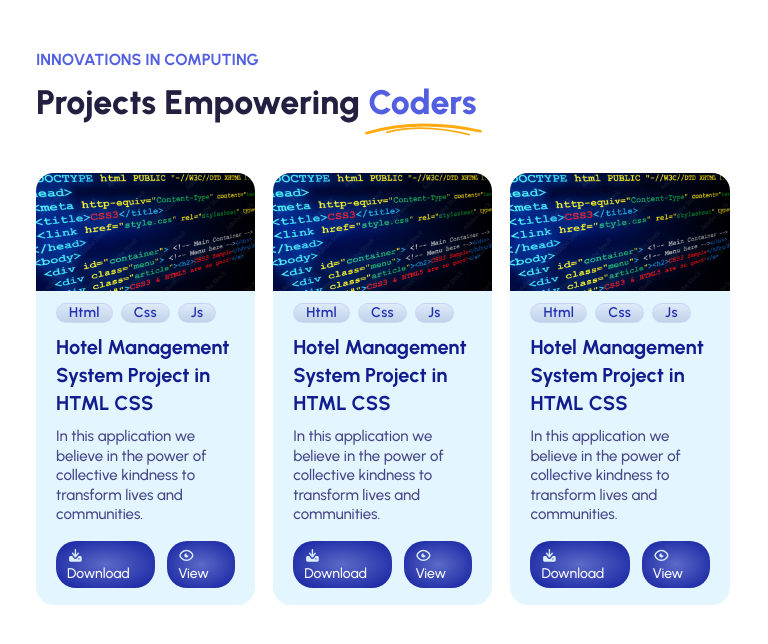
Repository: sharma171/jtccreativeideas
Page: /newsection (app in nextjssite/)
These files come from the project's save history. The page is drawn as it stood at one moment and after the next save; the edit follows.
The browser window is 768 px wide. The pictures show the whole page.
The project was rebuilt for these pictures with package versions that can differ from the ones it lists, and the page was loaded fresh each time. The framework's server and built-in components were replaced by stand-ins that run in the browser. Also part of the build but not shown: nextjssite/next.config.mjs.

Above is the page before, as saved 2024-03-28 16:49:42.

After the next save:
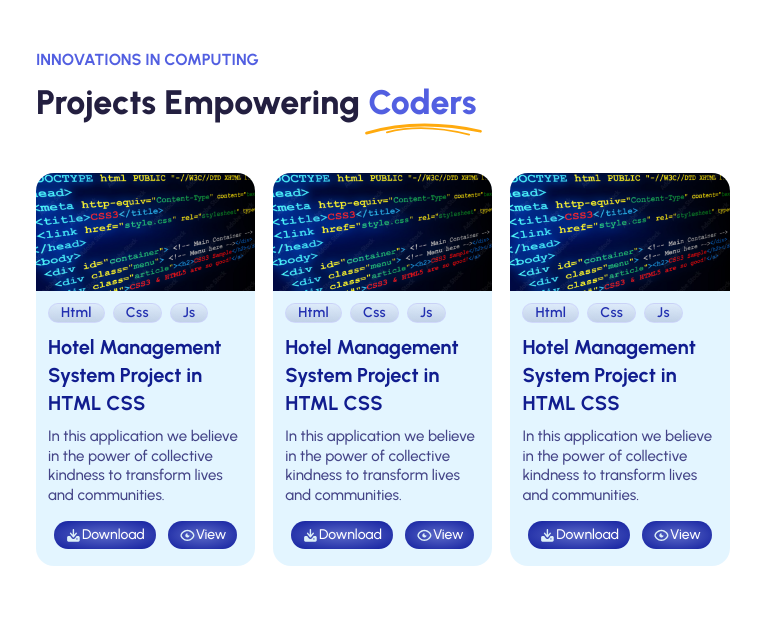
Saved 38 s later.
--- a/nextjssite/src/app/newsection/page.css
+++ b/nextjssite/src/app/newsection/page.css
@@ -175,7 +175,7 @@ section.projects {
         width: calc(33.33333333333333% - 12.8px);
     }
     .project-cards li .card-inner .info {
-        padding: 12px 20px;
+        padding: 12px 12px;
     }
     .project-cards li .card-inner .info .card-button .bot-button {
         padding: 4px 11px;
